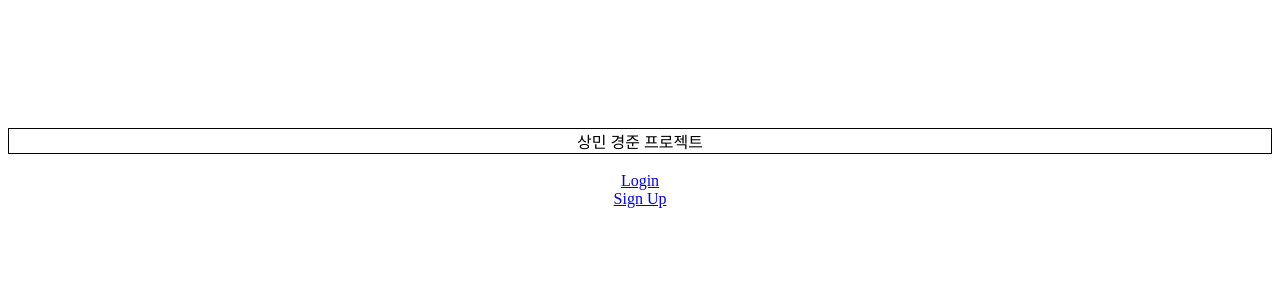
Repository: smandkd/Multicampus_Frontend
Page: http://localhost/Mulcam_Project/jsp/start.jsp
The author's editor kept a copy of each file at every save. The page is drawn from the files as they stood at one save, then again after the next save.
The browser window is 1280 px wide. The pictures show the whole page.
The page is served by Tomcat 9.

Above is the page before, as saved 2022-01-30 02:24:11.

### Mulcam_Project/jsp/start.jsp
<%@ page contentType="text/html; charset=utf-8"
    pageEncoding="EUC-KR"%>
<!DOCTYPE html>
<html>
<head>
<meta name="viewport" content="width=device-width, initial-scale=1.0">
<style type="text/css">
.a {
	text-align:center;
	padding-top:120px;
}
#b {
	border:1px solid;
}
</style>
</head>
<body>
<div class="a">
<div id="b">
 상민 경준 프로젝트
</div>
 <br/>
 	<a href="test_login.jsp">Login</a>
 	<br/>
 	<a href="test_signup.jsp">Sign Up</a>
</div>

</body>
</html>
<!--
 메인페이지

-- 로그인, 회원가입
-->

After the next save:
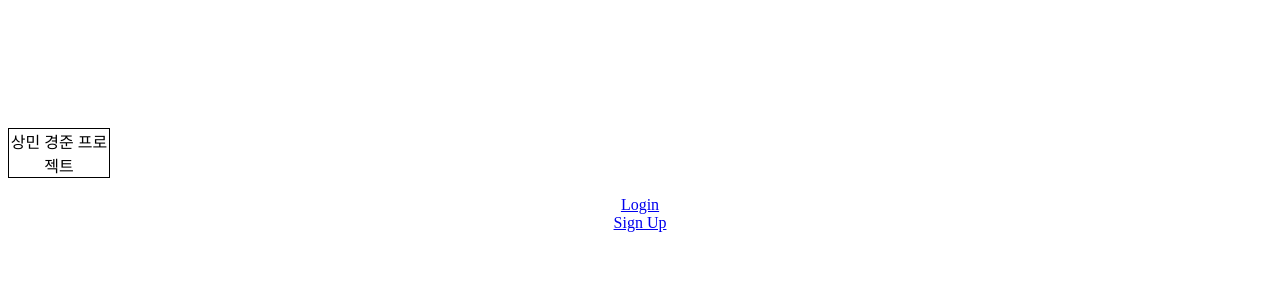
Saved 16 s later.
--- a/Mulcam_Project/jsp/start.jsp
+++ b/Mulcam_Project/jsp/start.jsp
@@ -11,6 +11,7 @@
 }
 #b {
 	border:1px solid;
+	width:100px;]
 }
 </style>
 </head>
